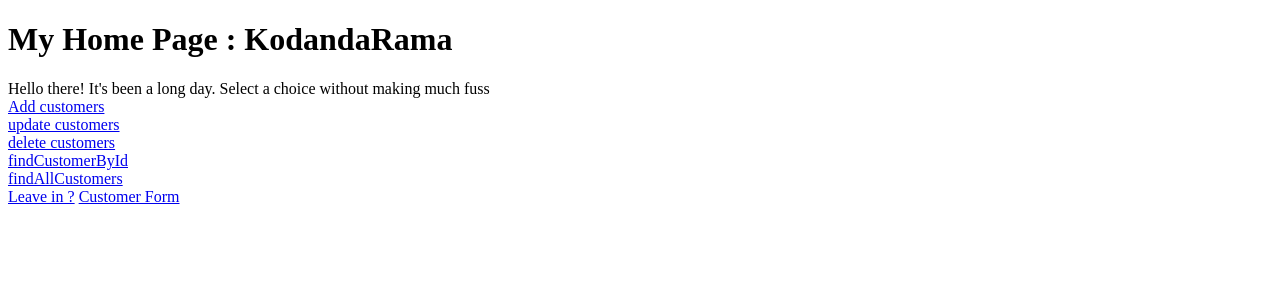
Repository: Rama-13/LaunchPadAllFiles
Page: java-workspace/SpringMVCDemo/WebContent/index.html
These files come from the project's save history. The page is drawn as it stood at one moment and after the next save; the edit follows.
The browser window is 1280 px wide. The pictures show the whole page.

Above is the page before, as saved 2019-08-01 11:05:04.

### java-workspace/SpringMVCDemo/WebContent/index.html
<!DOCTYPE html>
<html>
<head>
<meta charset="ISO-8859-1">
<title>Spring MVC</title>
</head>
<body>
<h1>My Home Page : KodandaRama</h1>
Hello there! It's been a long day. Select a choice without making much fuss <br>
<a href = "addcustomers.do">Add customers</a><br>
<a href = "updatecustomers.do">update customers</a><br>
<a href = "deletecustomers.do">delete customers</a><br>
<a href = "findByIdcustomers.do">findCustomerById</a><br>
<a href = "findAllcustomers.do">findAllCustomers</a><br>
<a href = "leave.do">Leave in ?</a>
<a href = "Customer form">Customer Form</a>

</body>
</html>

After the next save:
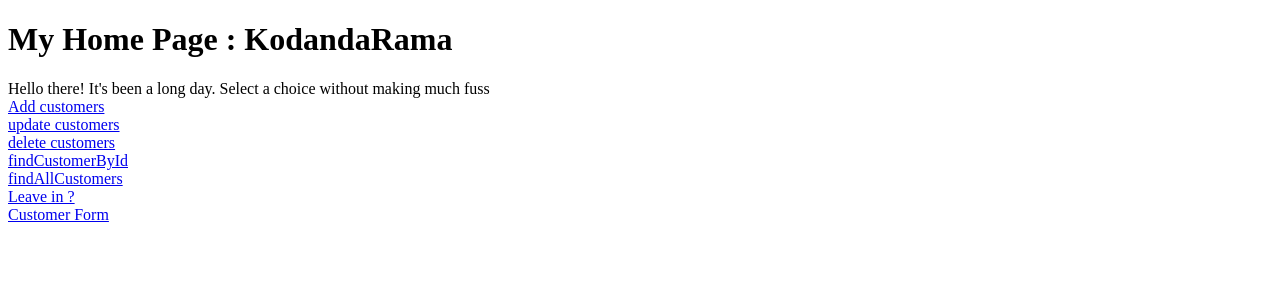
Saved 4 s later.
--- a/java-workspace/SpringMVCDemo/WebContent/index.html
+++ b/java-workspace/SpringMVCDemo/WebContent/index.html
@@ -12,7 +12,7 @@ Hello there! It's been a long day. Select a choice without making much fuss <br>
 <a href = "deletecustomers.do">delete customers</a><br>
 <a href = "findByIdcustomers.do">findCustomerById</a><br>
 <a href = "findAllcustomers.do">findAllCustomers</a><br>
-<a href = "leave.do">Leave in ?</a>
+<a href = "leave.do">Leave in ?</a><br>
 <a href = "Customer form">Customer Form</a>
 
 </body>
